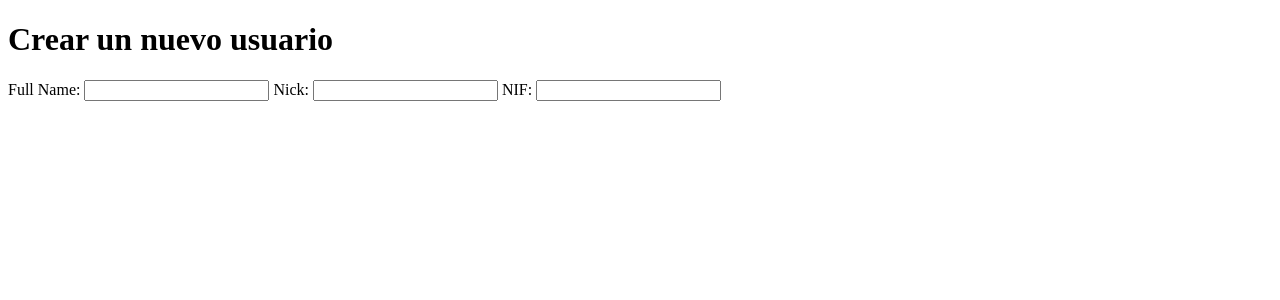
Repository: VinnySil/membresia
Page: http://localhost/users/create
An editor plug-in stored every save of this project. The page is shown before and after a run of saves, followed by the edit.
The browser window is 1280 px wide. The pictures show the whole page.
The page is served by the project's Laravel application, run on PHP 8.4 with Laravel 12.

Above is the page before, as saved 2024-12-06 19:17:31.

After the next 2 saves:
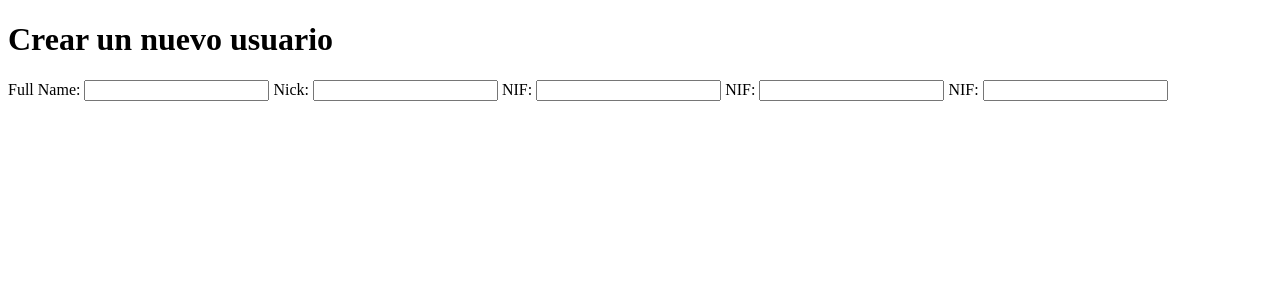
The 2 saves are shown as one change because they came seconds apart.
The last was saved 8 s later.
--- a/resources/views/users/create.blade.php
+++ b/resources/views/users/create.blade.php
@@ -16,7 +16,10 @@
         <input type="text" name="nick">
         <label for="nif">NIF:</label>
         <input type="text" name="nif">
-
+        <label for="nif">NIF:</label>
+        <input type="text" name="nif">
+        <label for="nif">NIF:</label>
+        <input type="text" name="nif">
 
     </form>
 </body>
